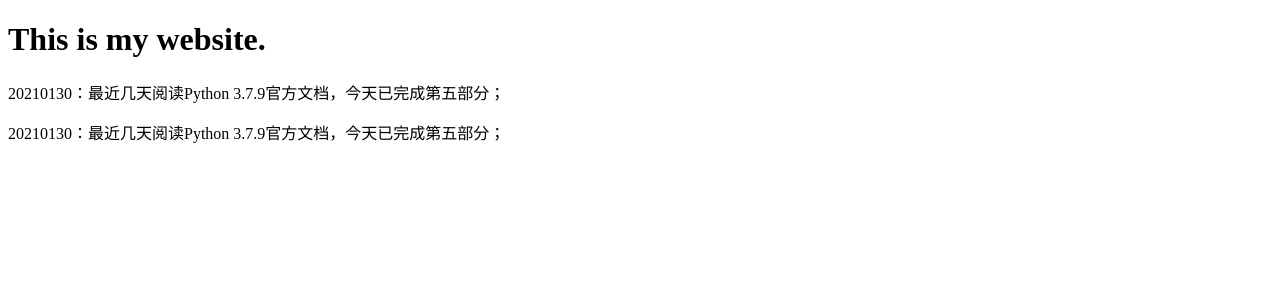
Repository: wangjitao1024/wangjitao1024.github.io
Page: index.html
An editor plug-in stored every save of this project. The page is shown before and after a run of saves, followed by the edit.
The browser window is 1280 px wide. The pictures show the whole page.

Above is the page before, as saved 2021-01-30 18:49:30.

### index.html
<!DOCTYPE html>
<html lang = 'en'>
<head>
    <meta charset="UTF-8">
    <title>在github上搭建博客</title>
</head>

<body>
    <h1>This is my website. </h1>
    <p>20210130：最近几天阅读Python 3.7.9官方文档，今天已完成第五部分；</p>20210130：最近几天阅读Python 3.7.9官方文档，今天已完成第五部分；
</body>
</html>

After the next 2 saves:
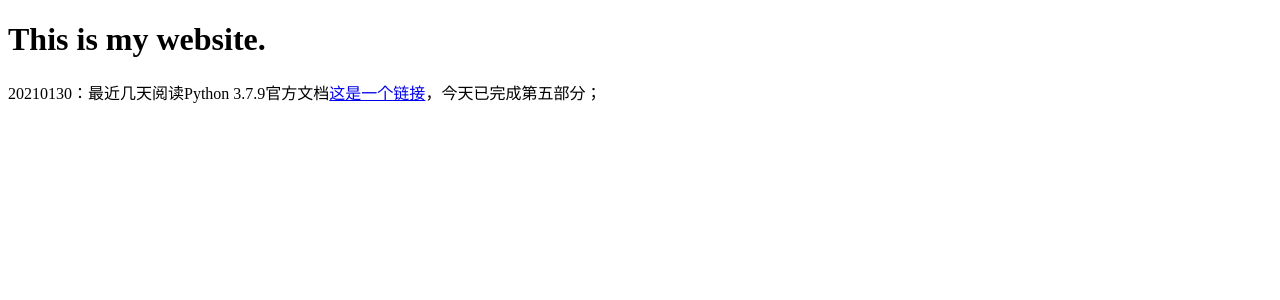
The 2 saves are shown as one change because they came seconds apart.
The last was saved 43 s later.
--- a/index.html
+++ b/index.html
@@ -7,6 +7,6 @@
 
 <body>
     <h1>This is my website. </h1>
-    <p>20210130：最近几天阅读Python 3.7.9官方文档，今天已完成第五部分；</p>20210130：最近几天阅读Python 3.7.9官方文档，今天已完成第五部分；
+    <p>20210130：最近几天阅读Python 3.7.9官方文档<a href="https://www.runoob.com">这是一个链接</a>，今天已完成第五部分；</p>
 </body>
 </html>
